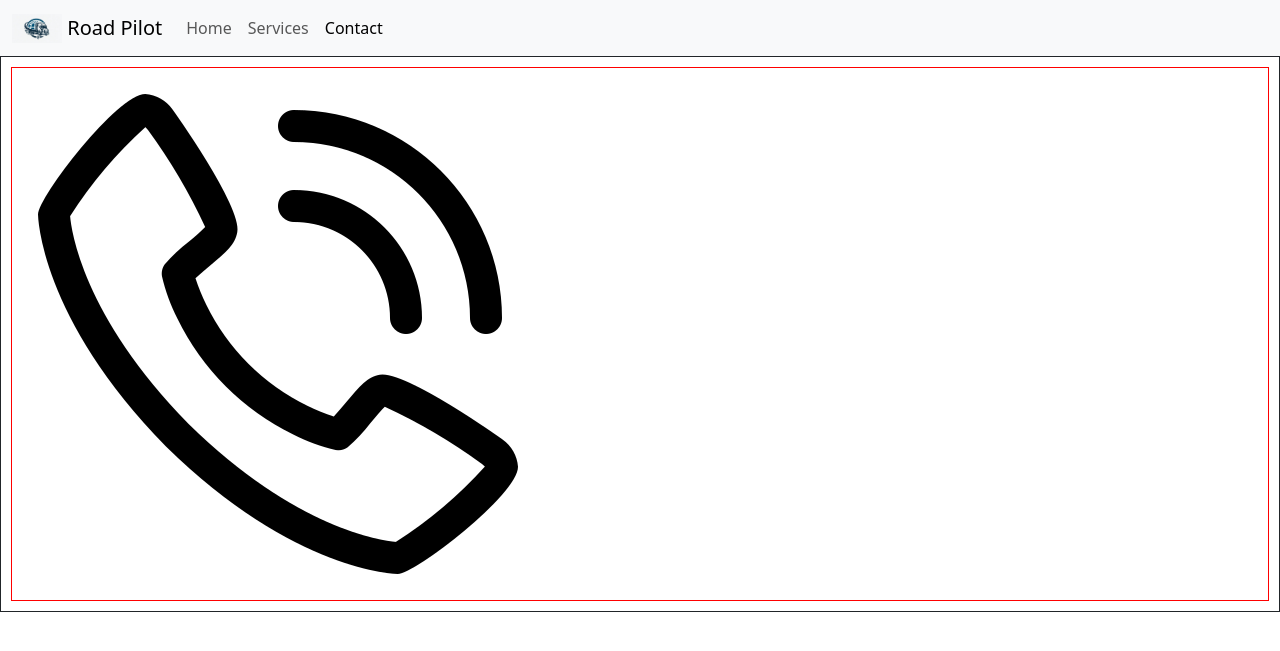
Repository: VictoriousMango/WebCreator
Page: pages/contact.html
The author's editor kept a copy of each file at every save. The page is drawn from the files as they stood at one save, then again after a run of saves.
The browser window is 1280 px wide. The pictures show the whole page.

Above is the page before, as saved 2024-11-09 12:36:20.

After the next 6 saves:
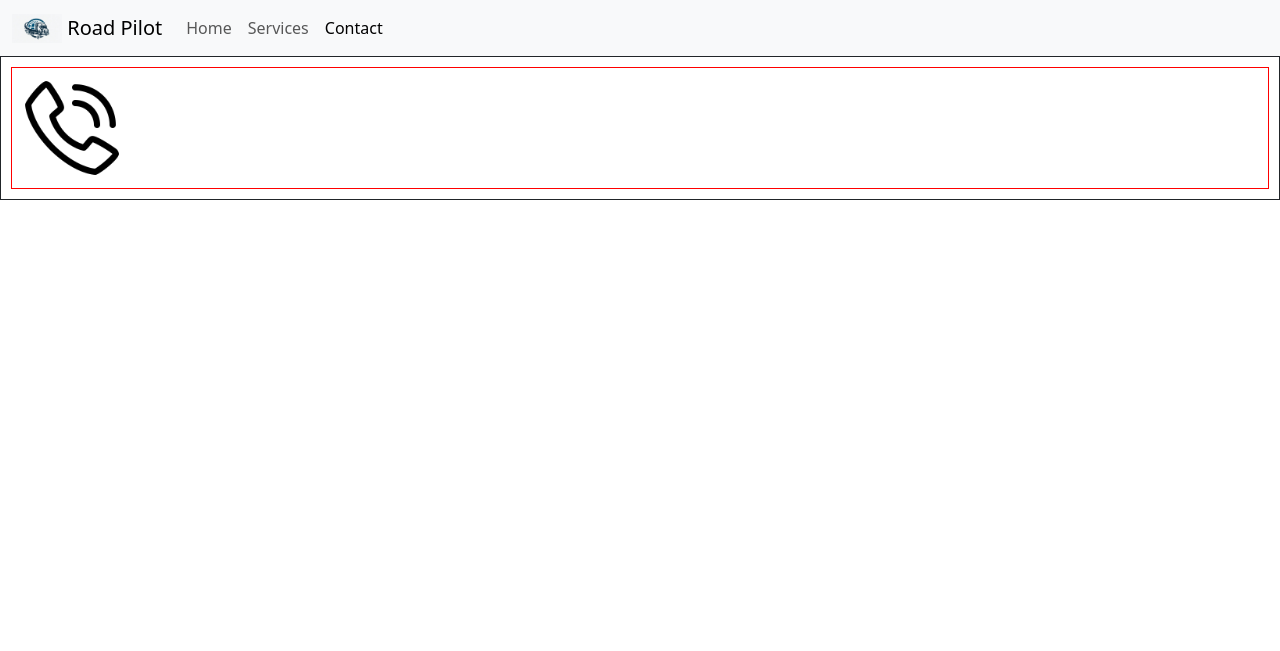
The 6 saves are shown as one change because they came seconds apart.
The last was saved 21 s later.
--- a/assets/css/contact.css
+++ b/assets/css/contact.css
@@ -7,3 +7,7 @@
     border: 1px solid red;
     padding: 10px;
 }
+
+.contact__linksIMG {
+    width: 100px;
+}
